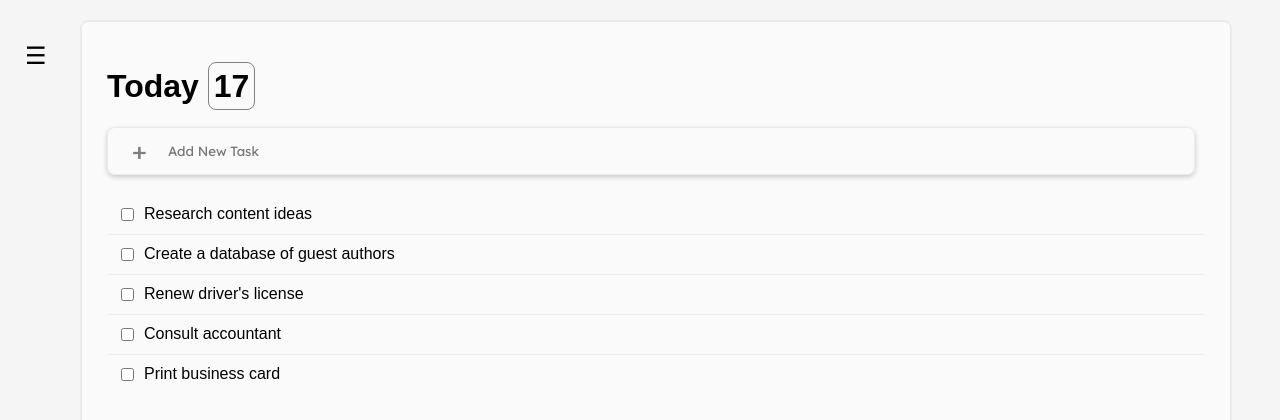
Repository: WeyehnR/Todo-App-e8719e15efb8a3743d14c47aa9ae2115442426d2
Page: Client/index.html
These files come from the project's save history. The page is drawn as it stood at one moment and after a run of saves; the edit follows.
The browser window is 1280 px wide. The pictures show the whole page.

Above is the page before, as saved 2023-11-17 18:08:59.

After the next 6 saves:
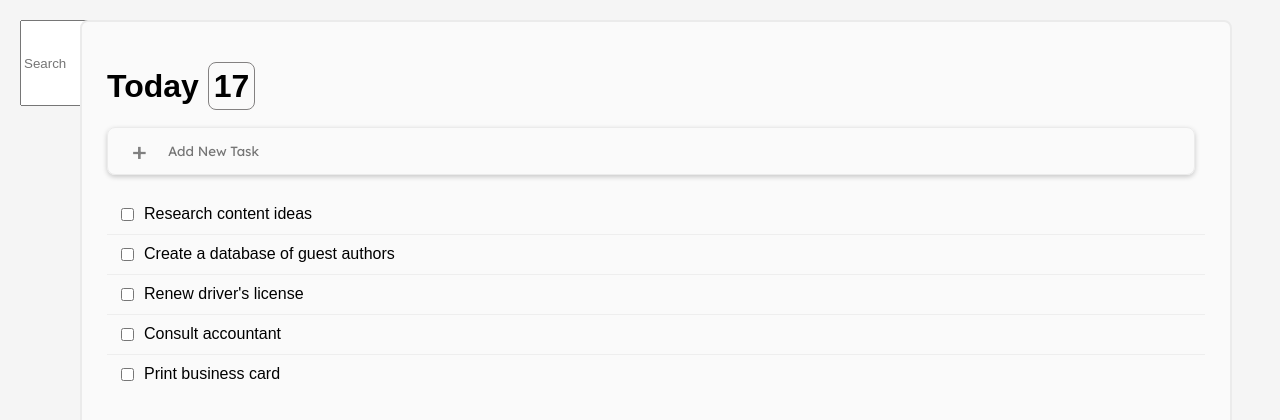
Console error: TypeError: Cannot read properties of null (reading 'addEventListener')
The 6 saves are shown as one change because they came seconds apart.
The last was saved 4 min 50 s later.
--- a/Client/index.html
+++ b/Client/index.html
@@ -9,7 +9,8 @@
 </head>
 <body>
     <div class="menu-container">
-        <div class="hamburger" id="ham-menu-toggle">&#9776;</div>
+        <!-- <div class="hamburger" id="ham-menu-toggle">&#9776;</div> -->
+        <img src=""
         <div class="menu-card" id="menu-card">
             <h1 class="menu-title">Menu</h1>
             <!-- Content of the expanded gray card goes here -->
